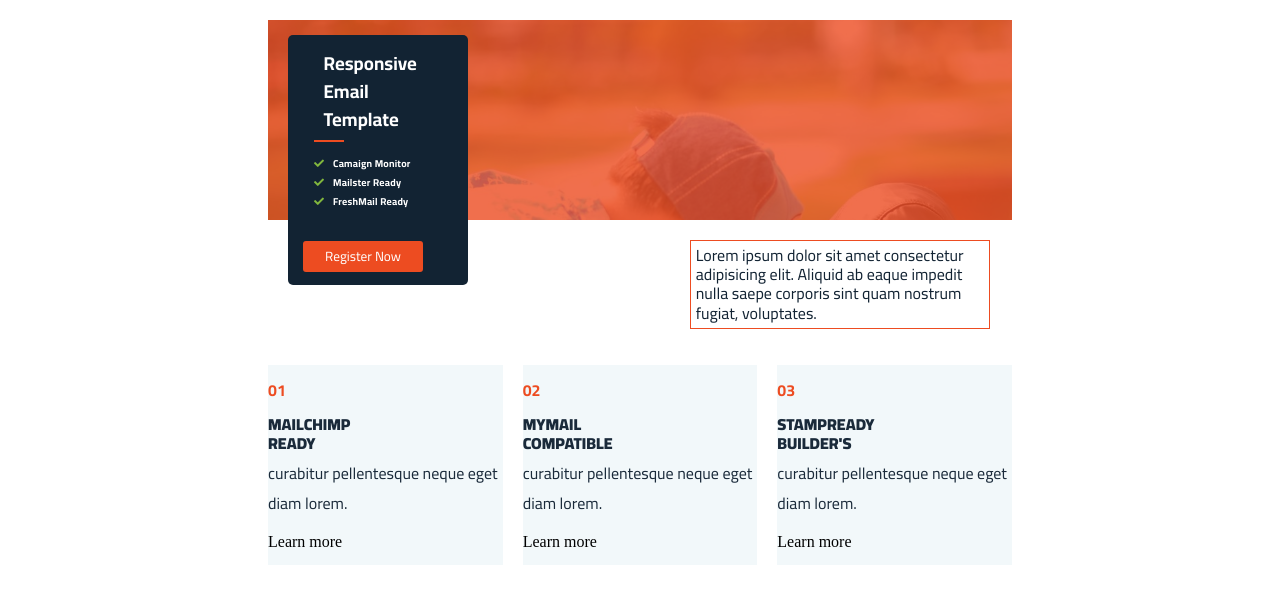
Repository: Z-ayat/Challenges
Page: Challenge 3/index.html
These files come from the project's save history. The page is drawn as it stood at one moment and after the next save; the edit follows.
The browser window is 1280 px wide. The pictures show the whole page.

Above is the page before, as saved 2021-09-04 01:46:45.

After the next save:
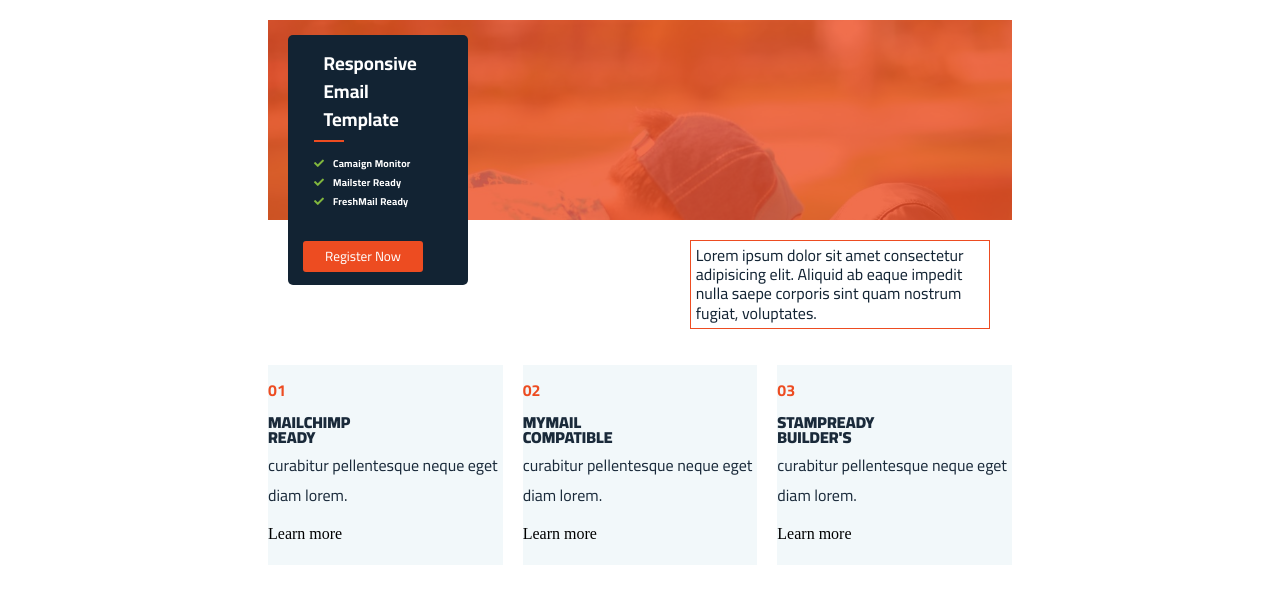
Saved 33 s later.
--- a/Challenge 3/styling/css/master.css
+++ b/Challenge 3/styling/css/master.css
@@ -180,7 +180,7 @@ h4 {
     text-transform: uppercase;
     font-weight: 800;
     width: 20px;
-    line-height: 1.2;
+    line-height: 0.95;
 }
 
 .card-shits {
